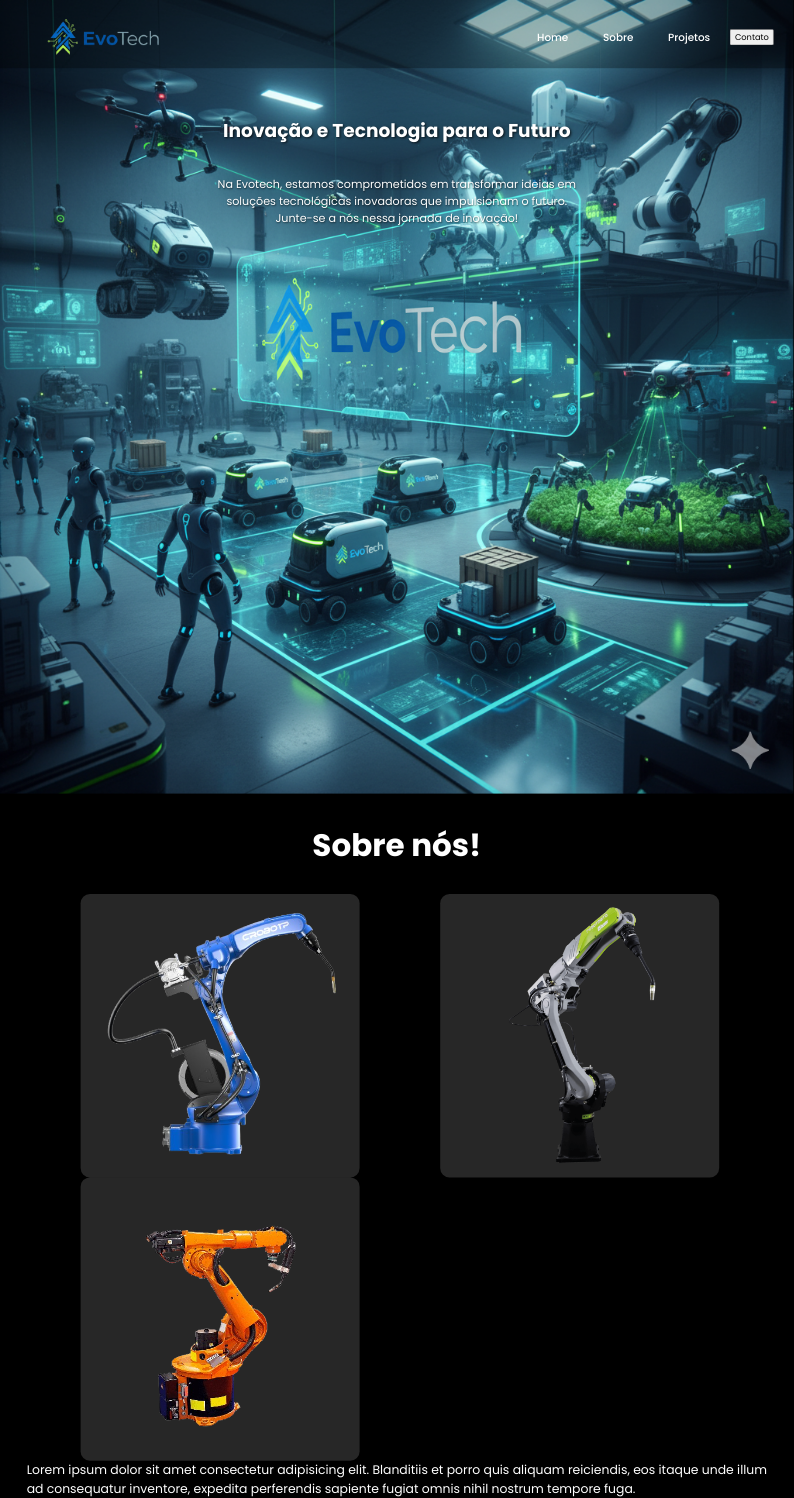
Repository: IsaacDEV10/EvoTech
Page: /
These files come from the project's save history. The page is drawn as it stood at one moment and after a run of saves; the edit follows.
The browser window is 1280 px wide. The pictures show the whole page, at 62% of full size.
The project was rebuilt for these pictures with package versions that can differ from the ones it lists, and the page was loaded fresh each time. Also part of the build but not shown: vite.config.js, src/App.css.

Above is the page before, as saved 2025-10-23 08:43:43.

### index.html
<!doctype html>
<html lang="en">
  <head>
    <meta charset="UTF-8" />
    <link rel="icon" type="image/svg+xml" href="/vite.svg" />
    <meta name="viewport" content="width=device-width, initial-scale=1.0" />
    <title>startup</title>
  </head>
  <body>
    <div id="root"></div>
    <script type="module" src="/src/main.jsx"></script>
  </body>
</html>

### src/index.css
@import url('https://fonts.googleapis.com/css2?family=Poppins:ital,wght@0,100;0,200;0,300;0,400;0,500;0,600;0,700;0,800;0,900;1,100;1,200;1,300;1,400;1,500;1,600;1,700;1,800;1,900&display=swap');

* {
  font-family: "poppins", sans-serif;
  margin: 0;
  box-sizing: border-box;
}

body {
  background: black ;

}

### src/App.jsx
import React from 'react';
import './App.css';
import Header from './components/Header/header';
import Hero from './components/Hero/hero';
import About from './components/About/about';




const App = () => {
  return (
    <>
      <Header />
      <Hero />
      <About/>

    </>
  );
}

export default App;

### src/components/Header/header.jsx
import React from 'react'
import './header.css'
import logo from '../../assets/evotech.png'
import Contact from '../Contact/contact'


const Header = () => {
  return (
    <nav className='nav-wrapper'>
        <div className='nav-content'>
            <img className='logo' src={logo} alt="" />
            <ul>
                <li>
                    <a className='menu-item' href="">Home</a>
                </li>

                <li>
                    <a className='menu-item' href="">Sobre</a>
                </li>

                <li>
                    <a className='menu-item' href="">Projetos</a>
                </li>
                <Contact/>
            </ul>
        </div>
    </nav>
  )
}

export default Header

### src/components/Hero/hero.jsx
import React from "react";
import "./hero.css";
import heroImage from "../../assets/bg-evotech.png";

const Hero = () => {
  return (
    <section className="hero-container" id="home">
        <div className="hero-content">
            <img className="img-bg" src={heroImage} alt="hero" />
        </div>
        <div className="description">
            <h1>
                Inovação e Tecnologia para o Futuro
            </h1>
            <p>
                Na Evotech, estamos comprometidos em transformar ideias em soluções tecnológicas inovadoras que impulsionam o futuro. Junte-se a nós nessa jornada de inovação!
            </p>
        </div>
    </section>
  );
};

export default Hero;

### src/components/About/about.jsx
import React from "react";
import "./about.css";
import Robo1 from "../../assets/robo-1.png"
import Robo2 from "../../assets/robo-2.png"
import Robo3 from "../../assets/robo-3.png"

const About = () => {
    return (
        <section className="about-container" id="home">
            <div className="about-content">
                <h1>
                    Sobre nós!
                </h1>
                <div className="img-about">
                    <img src={Robo1} alt="robo" />
                </div>
                <div className="img-about">
                    <img src={Robo2} alt="robo" />
                </div>
                <div className="img-about">
                    <img src={Robo3} alt="robo" />
                </div>
                <div className="about-body">
                    <p>
                        Lorem ipsum dolor sit amet consectetur adipisicing elit. Blanditiis et porro quis aliquam reiciendis, eos itaque unde illum <br />ad consequatur inventore, expedita perferendis sapiente fugiat omnis nihil nostrum tempore fuga.
                    </p>
                </div>
            </div>
        </section>
    );
};

export default About;

### src/components/Header/header.css
.nav-wrapper {
    width: 100%;
    height: 110px;
    background-color: rgba(0, 0, 0, 0.293);
    padding: 5px;
    position: fixed;
    top: 0;
    z-index: 30;
}

.nav-content {
    max-width: 1850px;
    height: 120px;
    display: flex;
    align-items: center;
    justify-content: space-between;

}

.logo {
    width: 270px;
    height: auto;
}

.nav-content ul {
    display: flex;
    align-items: center;
    gap: 0.5rem;
    list-style: none;
}

.nav-content li {
    margin: 0 1.5rem;
}

.menu-item {
    text-decoration: none;
    font-size: 1.05rem;
    font-weight: 500;
    color: #ffff;
    position: relative;
    cursor: pointer;

}

.menu-item::before {
    content: " ";
    width: 2rem;
    height: 0.2rem;
    background: #2D6FBF;
    border-radius: 10px;
    position: absolute;
    bottom: -0.6rem;
    opacity: 0;
    transform: translateX(-1.5rem);
    transition: all 0.3s ease;
}

.menu-item:hover::before {
    width: 100%;
    transform: translateX(0);
    opacity: 1;
}

.contact-btn {
    font-size: 0.9rem;
    font-weight: 500;
    display: flex;
    align-items: center;
    justify-content: center;
    color: #fff;
    background:#2D6FBF;
    padding: 0.6rem 2rem;
    border: none;
    outline: 1.5px solid transparent;
    border-radius: 10px;
    cursor: pointer;
    transition: all 0.3s ease;
}

.contact-btn a {
    text-decoration: none;
    color: #fff;
}

.contact-btn:hover {
    color: black;
    background: #76F014;
    outline: 1.5px solid black;
}

.menu-btn {
    width: 2.5rem;
    height: 2.5rem;
    font-size: 1.5rem;
    display: flex;
    align-items: center;
    justify-content: center;
    color: #fff;
    border: none;
    border-radius: 0.4rem;
    background: linear-gradient(90deg, #6791fb 0%, #1e25ac 100%);
    line-height: 0;
    cursor: pointer;
    transition: all 0.4s ease;
    display: none;
}

.menu-btn:hover {
    color: #6791fb;
    background: #76F014;
    border: 1px solid transparent;
}

@media (max-width: 425px) {
    .logo {
        width: 100px;
        height: auto;
    }
    .nav-content ul {
        display: none;
        width: 100px;
    }
}

@media (max-width: 769px) {
    .menu-btn {
        display: block;
    }

    .nav-content ul {
        display: none;
        width: 100px;
    }
}

@media (max-width: 1325px) {
    .nav-wrapper {
        padding: 0 2rem;
    }
}

### src/components/Contact/contact.jsx
import React from 'react';
import Popup from 'reactjs-popup';
// Importa o arquivo de estilos
import './contact.css';

// Importa os ícones
import { FaInstagram } from 'react-icons/fa';
import { MdPhone } from 'react-icons/md';
import { FiMail } from 'react-icons/fi';

const MyPopup = () => (
  <Popup
    trigger={<button className="button-popup"> Contato </button>}
    modal
    animation="fade"

    // Aplica as classes CSS personalizadas
    overlayClassName="custom-overlay"
    contentClassName="custom-modal-content"
  >
    {close => (
      <div>
        {/* Botão de Fechar ("x") usa a classe .popup-close-button */}
        <button
          onClick={close}
          className="popup-close-button"
        >
          &times;
        </button>

        {/* Cabeçalho usa a classe .popup-header */}
        <div className="popup-header">
          <h2>Fale Conosco!</h2>
          <p>Escolha o melhor canal de contato:</p>
        </div>


        {/* Container dos Ícones usa a classe .icon-container */}
        <div className="icon-container">

          {/* ÍCONE 1: Instagram */}
          <a href="URL_DO_INSTAGRAM" target="_blank" rel="noopener noreferrer">
            {/* A cor e o tamanho ainda são passados por props para o ícone,
               pois é a forma mais limpa de estilizar componentes do react-icons */}
            <FaInstagram size={35} color="#E1306C" />
          </a>

          {/* ÍCONE 2: Telefone/Contato */}
          <a href="tel:+5511987654321">
            <MdPhone size={35} color="#25D366" />
          </a>

          {/* ÍCONE 3: E-mail */}
          <a href="mailto:seu.email@exemplo.com">
            <FiMail size={35} color="#DB4437" />
          </a>

        </div>

        {/* Botão Fechar no rodapé usa a classe .popup-footer-button */}
        <button
          onClick={close}
          className="popup-footer-button"
        >
          Fechar
        </button>
      </div>
    )}
  </Popup>
);

export default MyPopup;

### src/components/Hero/hero.css
.hero-container {
    height: auto;
    width: 100%;
    position: relative;
    overflow: hidden;
}

.img-bg {
    width: 100%;
    height: 100%;
    object-fit: cover;
}

.description {
    position: absolute;
    top: 20%;
    left: 50%;
    transform: translate(-50%, -50%);
    display: flex;
    align-items: center;
    justify-content: center;
    flex-direction: column;
    color: #fff;
}

.description h1 {
    font-size: 30px;
    text-align: center;
    text-shadow: 2px 2px 4px rgba(0, 0, 0, 0.7);
}

.description p {
    font-size: 18px;
    margin-top: 10px;
    text-align: center;
    max-width: 600px;
    text-shadow: 1px 1px 3px rgba(0, 0, 0, 0.6);
}

### src/components/About/about.css

.about-container {
     height: auto;
    width: 100%;
    position: relative;
    overflow: hidden;
}

.about-body {
    display: flex;
    align-items: center;
    justify-content: center;
    flex-direction: column;
    color: #fff;
}

h1 {
    color: #ffff;
    font-size: 50px;
    display: flex;
    justify-content: center;
    margin-top: 40px;
    margin-bottom: 40px;

}

p {
    color: #ffff;
    font-size: 20px;
}

.img-about {
    display: inline-block;
    justify-content: space-between;
    margin-left: 130px;
    background-color: #ffffff27;
    border-radius: 15px;


}
.img-about img {
    width: 450px;
    height: 450px;
}

### src/components/Contact/contact.css
/* Estilo para o fundo escuro (Overlay) */
.custom-overlay {
  background-color: rgba(0, 0, 0, 0.7) !important;
}

.contact-btn {
    font-size: 0.9rem;
    font-weight: 500;
    display: flex;
    align-items: center;
    justify-content: center;
    color: #fff;
    background:#2D6FBF;
    padding: 0.6rem 2rem;
    border: none;
    outline: 1.5px solid transparent;
    border-radius: 10px;
    cursor: pointer;
    transition: all 0.3s ease;
}

.contact-btn a {
    text-decoration: none;
    color: #fff;
}

.contact-btn:hover {
    color: black;
    background: #76F014;
    outline: 1.5px solid black;
}

/* Estilo para a caixa branca do popup (Content) */
.custom-modal-content {
  background-color: white !important;
  padding: 40px !important;
  border-radius: 8px !important;
  border: none !important;
  box-shadow: 0 4px 12px rgba(0, 0, 0, 0.2) !important;
  width: 300px;
}

/* Estilo para o cabeçalho dentro do popup */
.popup-header {
  text-align: center;
  margin-bottom: 20px;
}

/* Estilo para o container dos ícones */
.icon-container {
  display: flex;
  justify-content: space-around;
  margin-top: 30px;
  margin-bottom: 30px;
}

/* Estilo para o botão de fechar dentro do popup (o "x") */
.popup-close-button {
  position: absolute;
  top: 10px;
  right: 10px;
  border: none;
  background: none;
  font-size: 1.5rem;
  cursor: pointer;
  color: #333;
}

/* Estilo para o botão "Fechar" no rodapé */
.popup-footer-button {
  margin-top: 20px;
  padding: 10px 20px;
  cursor: pointer;
  border: 1px solid #ccc;
  border-radius: 4px;
  background-color: #f0f0f0;
  color: #333;
  width: 100%;
}

Loaded but not shown: src/main.jsx (common file)

After the next 2 saves:
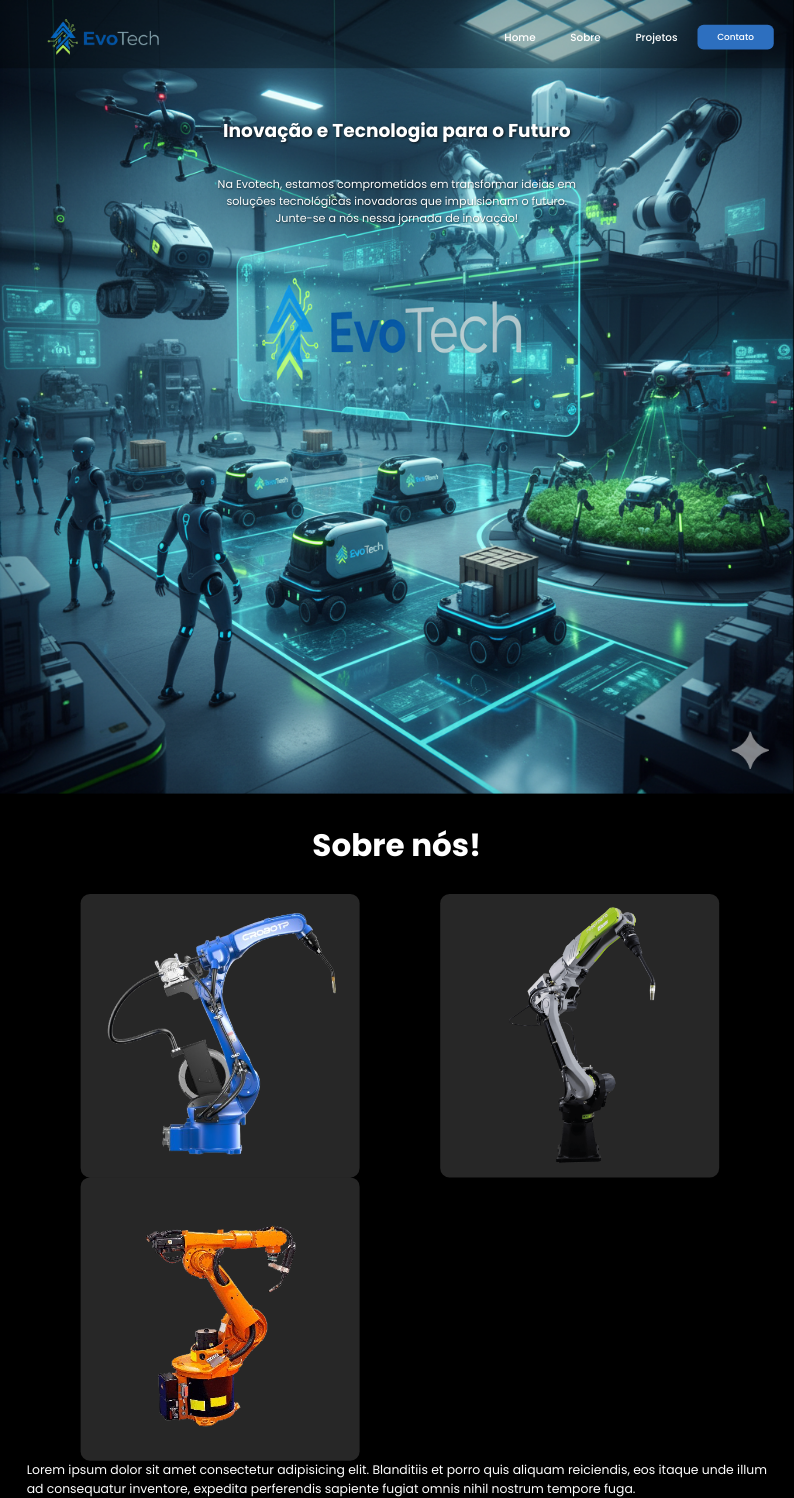
The 2 saves are shown as one change because they came seconds apart.
The last was saved 12 s later.
--- a/src/components/Contact/contact.jsx
+++ b/src/components/Contact/contact.jsx
@@ -10,7 +10,7 @@
 
 const MyPopup = () => (
   <Popup
-    trigger={<button className="button-popup"> Contato </button>}
+    trigger={<button className="contact-btn"> Contato </button>}
     modal
     animation="fade"
 
